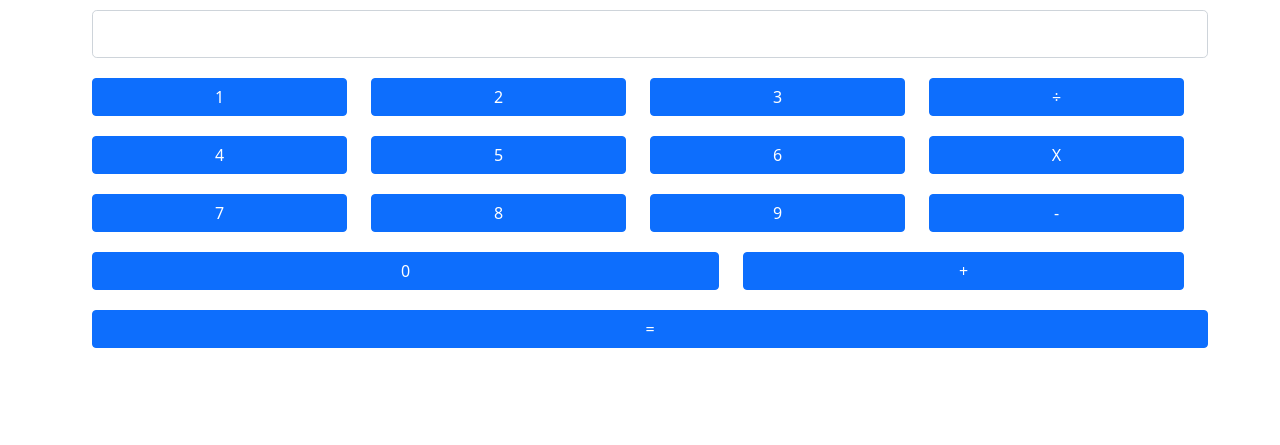
Repository: jsakdalan/CalculatorReactTypescript
Page: /
These files come from the project's save history. The page is drawn as it stood at one moment and after the next save; the edit follows.
The browser window is 1280 px wide. The pictures show the whole page.
The project was rebuilt for these pictures with package versions that can differ from the ones it lists, and the page was loaded fresh each time. Also part of the build but not shown: src/App.css.

Above is the page before, as saved 2022-06-07 16:10:32.

After the next save:
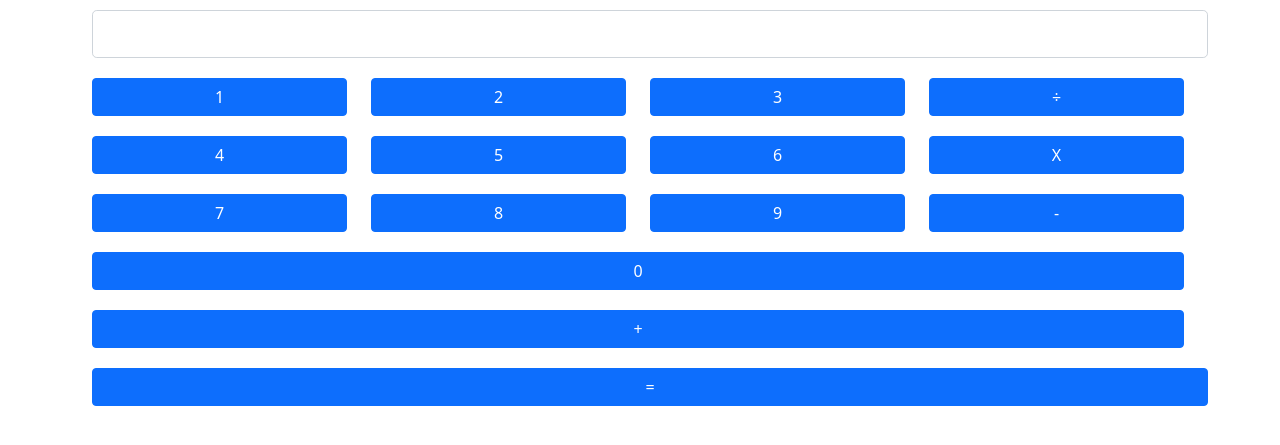
Saved 8 s later.
--- a/src/pages/Calculator.tsx
+++ b/src/pages/Calculator.tsx
@@ -63,7 +63,7 @@
                         <Col><Buttons styling="operational" btnNumber="-"/></Col>
                     </Row>
                     <Row>
-                        <Col md={7}><Buttons styling="numerical" btnNumber="0"/></Col>
+                        <Col md={12}><Buttons styling="numerical" btnNumber="0"/></Col>
                         <Col><Buttons styling="numerical" btnNumber="+"/></Col>
                     </Row>
                     <Col><Buttons styling="numerical" btnNumber="="/></Col>

After the save that followed:
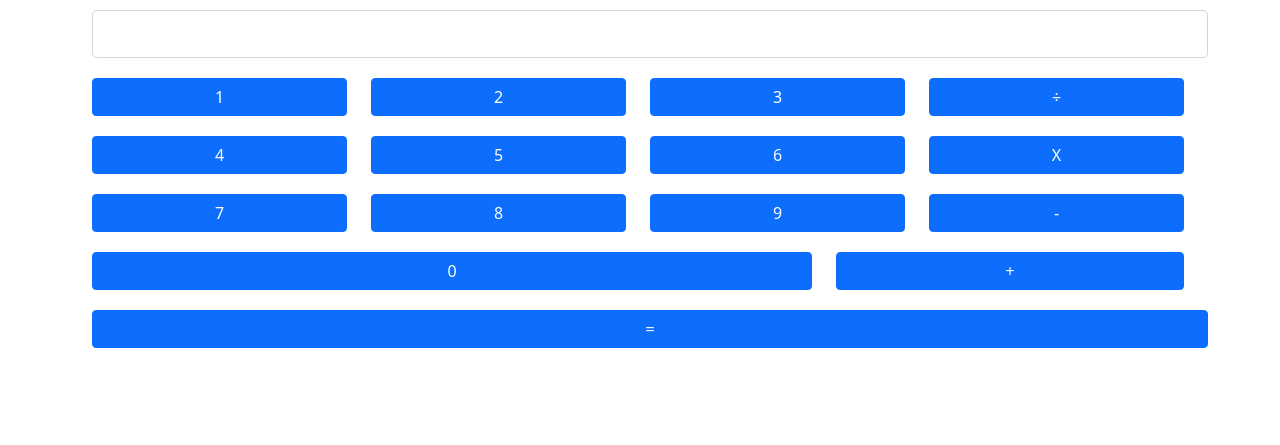
Saved 4 s later.
--- a/src/pages/Calculator.tsx
+++ b/src/pages/Calculator.tsx
@@ -63,7 +63,7 @@
                         <Col><Buttons styling="operational" btnNumber="-"/></Col>
                     </Row>
                     <Row>
-                        <Col md={12}><Buttons styling="numerical" btnNumber="0"/></Col>
+                        <Col md={8}><Buttons styling="numerical" btnNumber="0"/></Col>
                         <Col><Buttons styling="numerical" btnNumber="+"/></Col>
                     </Row>
                     <Col><Buttons styling="numerical" btnNumber="="/></Col>
